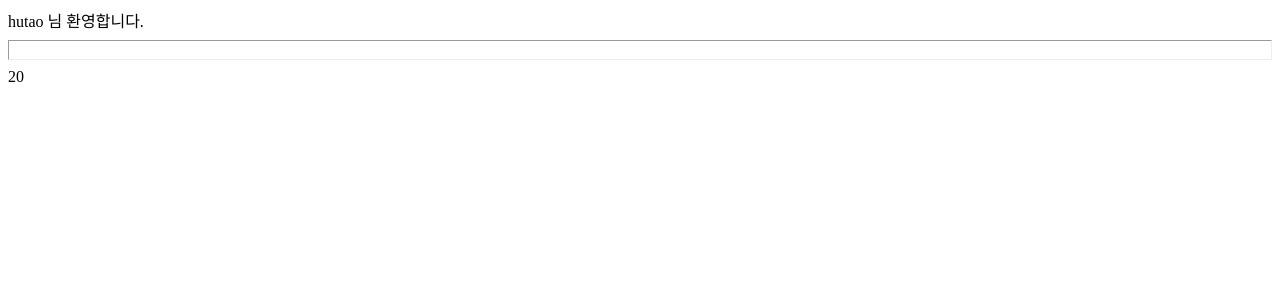
Repository: Jipumpkin/WebServer
Page: http://localhost/JSTL/ex01el1.jsp
The author's editor kept a copy of each file at every save. The page is drawn from the files as they stood at one save, then again after the next save.
The browser window is 1280 px wide. The pictures show the whole page.
The page is served by Tomcat 9.

Above is the page before, as saved 2024-08-16 05:44:10.

After the next save:
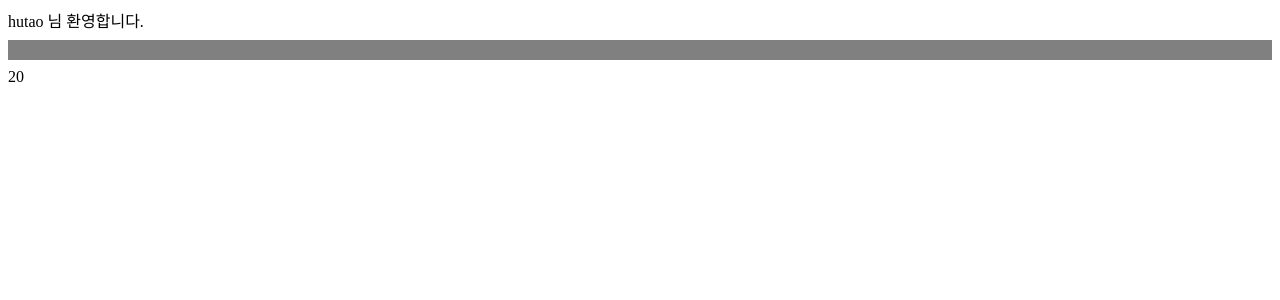
Saved 83 s later.
--- a/JSTL/src/main/webapp/ex01el1.jsp
+++ b/JSTL/src/main/webapp/ex01el1.jsp
@@ -33,7 +33,7 @@
  		request.setAttribute("num", 20);
  	%>
  	<br>
- 	<hr size = "${num}">
+ 	<hr size = "${num}", noshade="noshade">
  	${num}
 
 
